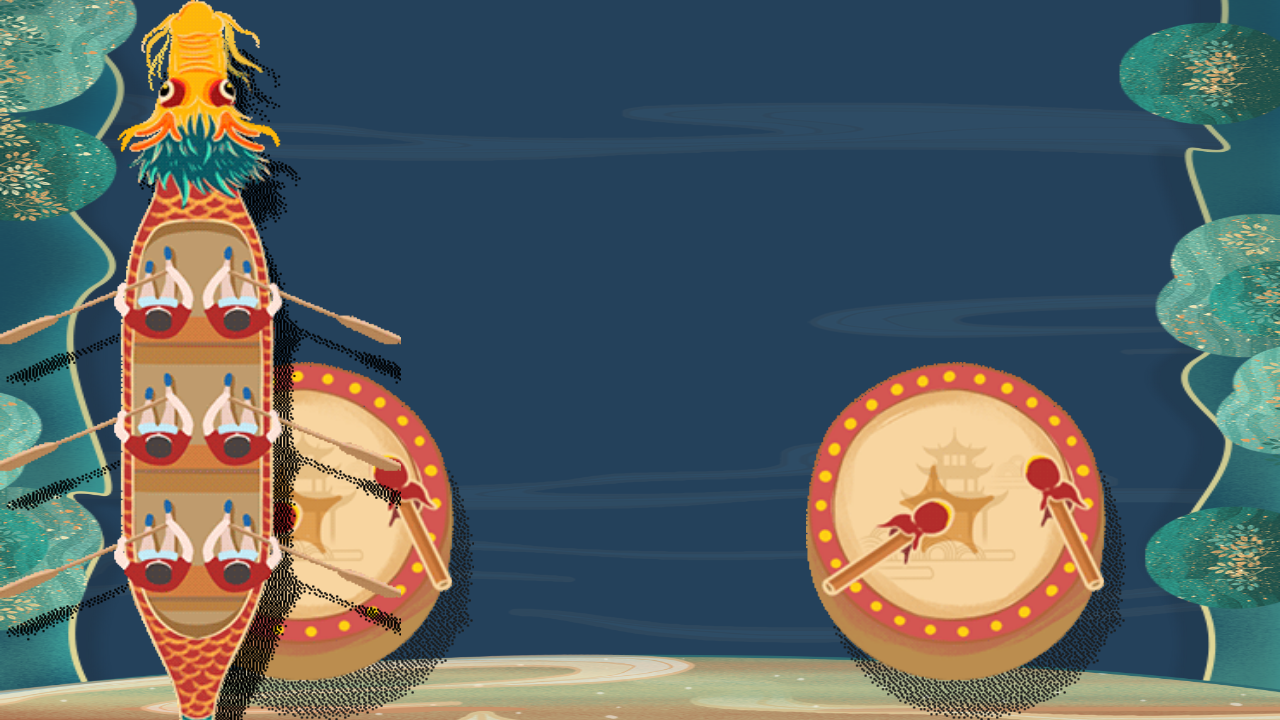
Repository: liushiwei151/hhl_dragon_boat_festival
Page: /Game
These files come from the project's save history. The page is drawn as it stood at one moment and after the next save; the edit follows.
The browser window is 1280 px wide. The pictures show the whole page.
An inner scrolling area shows only its first screen. The project was rebuilt for these pictures with package versions that can differ from the ones it lists, and the page was loaded fresh each time. Also part of the build but not shown: vue.config.js, src/views/Home.vue.

Above is the page before, as saved 2020-06-05 17:09:46.

After the next save:
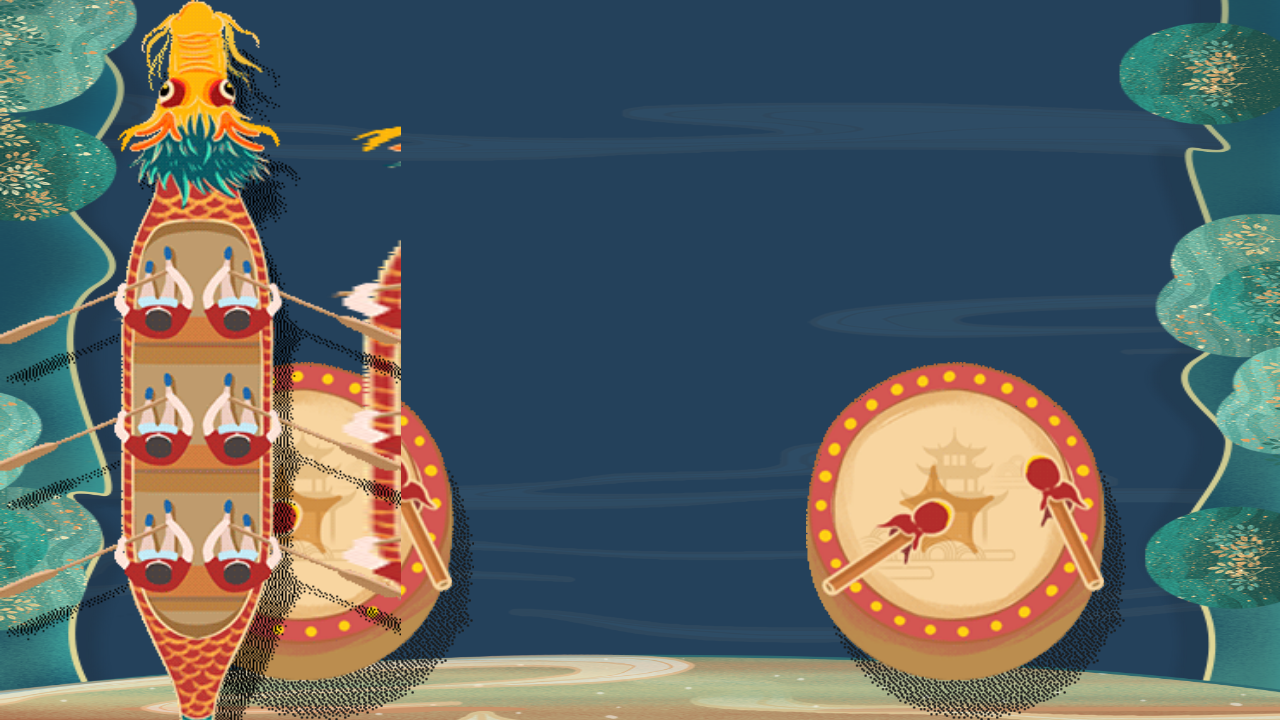
Saved 7 min 1 s later.
--- a/src/views/Game.vue
+++ b/src/views/Game.vue
@@ -135,7 +135,7 @@ export default class Game extends Vue {
   width: 100%;
   height: 100%;
   .longzhouBox {
-    background: url(../assets/long.png) no-repeat;
+    background: url(../assets/longBg.png) no-repeat;
     background-size: 300% 100%;
     width: 31.333vw;
     height: 68.133vw;
